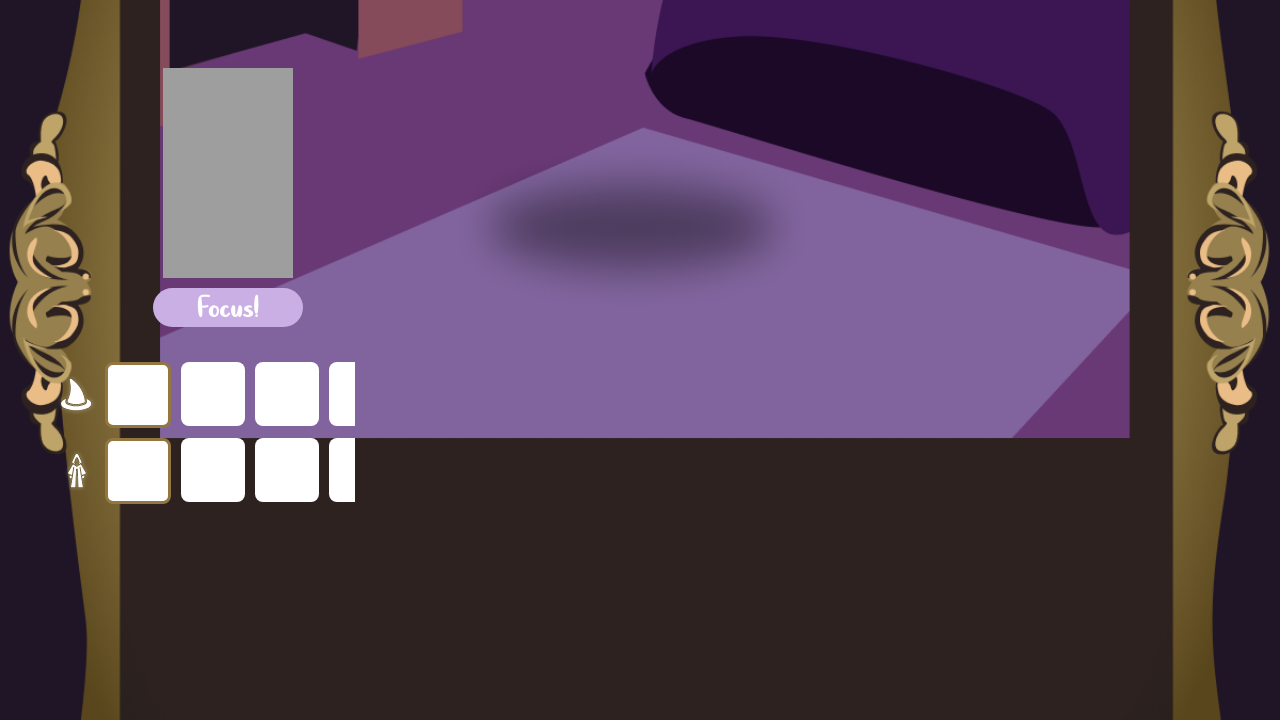
Repository: zhangolivia7/Little-Witch-Alcove
Page: popup.html
These files come from the project's save history. The page is drawn as it stood at one moment and after the next save; the edit follows.
The browser window is 1280 px wide. The pictures show the whole page.
Pictures or frames that could not be fetched are drawn as grey boxes.

Above is the page before, as saved 2025-11-15 17:06:23.

### popup.html
<!DOCTYPE html>
<html>
  <head>
    <title>Little Witch Alcove</title>
    <link rel="stylesheet" href="popup.css">
  </head>
  <body>
    <div>
        <img src="Assets/Witch.png" alt="Witch" id="witch-img">
    </div>
    <button id="focus-btn">Focus!</button>

    <div id="customization">
        <div class="category-row">
            <img src="Assets/Icons/Hat Category.svg" alt="Hat" class="category-icon">
            <div class="items-scroll">
                <div class="item-slot selected"></div>
                <div class="item-slot"></div>
                <div class="item-slot"></div>
                <div class="item-slot"></div>
                <div class="item-slot"></div>
            </div>
        </div>
        <div class="category-row">
            <img src="Assets/Icons/Robe Category.svg" alt="Robe" class="category-icon">
            <div class="items-scroll">
                <div class="item-slot selected"></div>
                <div class="item-slot"></div>
                <div class="item-slot"></div>
                <div class="item-slot"></div>
                <div class="item-slot"></div>
            </div>
        </div>
    </div>

    <script src="popup.js"></script>
  </body>
</html>

### popup.css
@font-face {
    font-family: 'QuiteMagical';
    src: url('Assets/Font/QuiteMagicalRegular.ttf');
}

body {
    width: 400px;
    height: 500px;
    background-image: url('Assets/No UI.png');
    background-repeat: no-repeat;
    background-position: center center;
    background-size: cover;
    background-color: #201526;
    padding: 20px;
    font-family: 'QuiteMagical';
  }

  h1 {
    font-size: 18px;
    text-align: center;
  }

  #focus-btn {
    width: 150px;
    margin: 10px auto 0 auto;
    padding: 5px 2px 0px 2px;
    border-radius: 25px;
    background: #CAAFE5;
    color: white;
    font-family: 'QuiteMagical';
    font-size: 36px;
    border: none;
    cursor: pointer;
    display: block;
  }

  #witch-img {
    width: 130px;
    height: 210px;
    margin: 40px auto 0 auto;
    display: block;
  }

  #customization {
    margin-top: 25px;
    padding: 10px 0;
  }

  .category-row {
    display: flex;
    align-items: center;
    margin-bottom: 10px;
    gap: 5px;
    margin-left: 30px;
  }

  .category-icon {
    width: 42px;
    height: 42px;
    flex-shrink: 0;
    color: white;
  }

  .items-scroll {
    display: flex;
    gap: 10px;
    overflow-x: auto;
    overflow-y: hidden;
    flex: 1;
    max-width: 250px;
    scrollbar-width: none;
    -ms-overflow-style: none;
  }

  .items-scroll::-webkit-scrollbar {
    display: none;
  }

  .item-slot {
    width: 60px;
    height: 60px;
    background: white;
    border-radius: 8px;
    flex-shrink: 0;
    border: 2px solid transparent;
  }

  .item-slot.selected {
    border: 3px solid #937640;
  }

### popup.js
document.getElementById("focus-btn").addEventListener("click", () => {
    alert("Hex of Concentration activated! 🔮");
  });

After the next save:
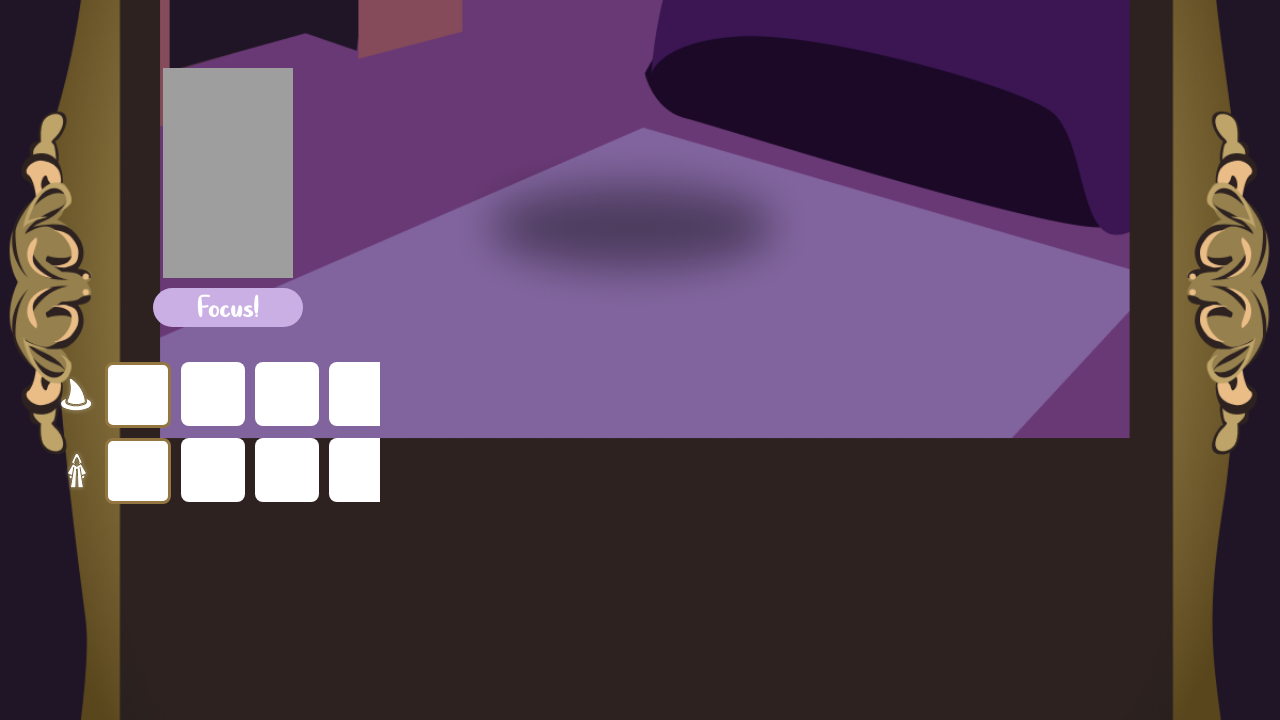
Saved 9 s later.
--- a/popup.css
+++ b/popup.css
@@ -67,7 +67,7 @@ body {
     overflow-x: auto;
     overflow-y: hidden;
     flex: 1;
-    max-width: 250px;
+    max-width: 275px;
     scrollbar-width: none;
     -ms-overflow-style: none;
   }
